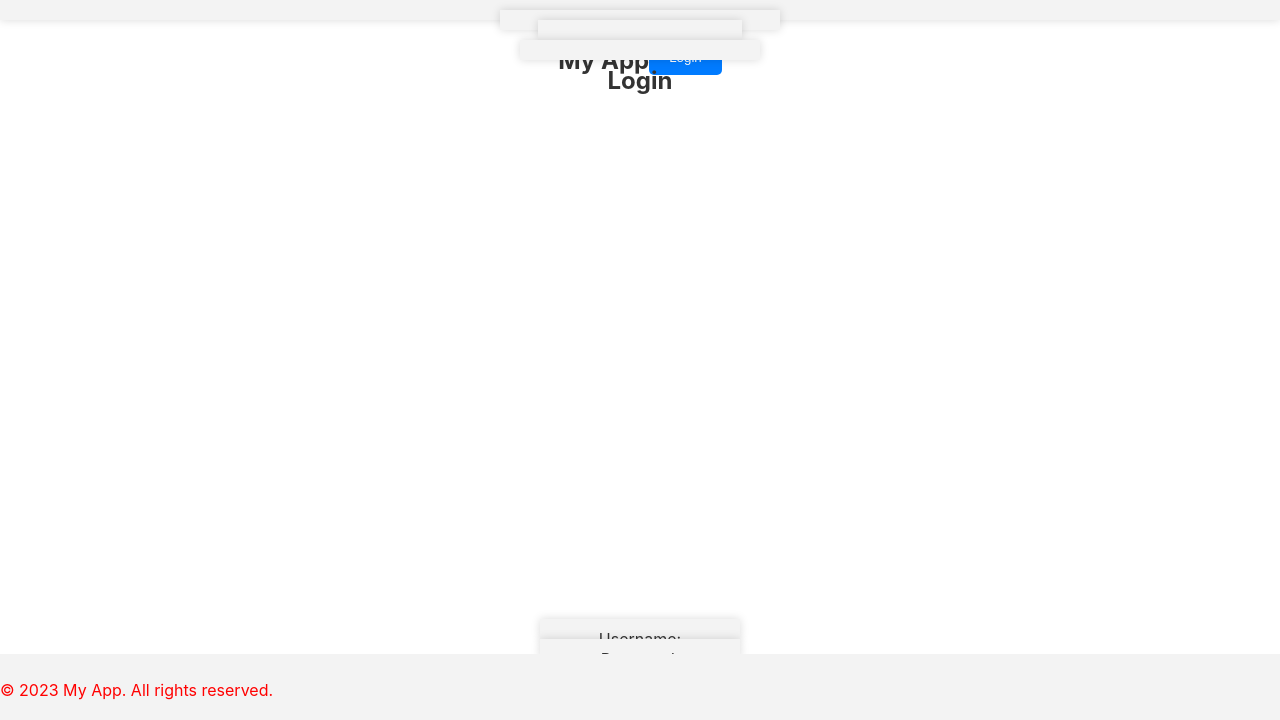
Repository: iMlearnDinG/react-app-v2
Page: /
The author's editor kept a copy of each file at every save. The page is drawn from the files as they stood at one save, then again after the next save.
The browser window is 1280 px wide. The pictures show the whole page.
The page's requests for data from a server got no answer. The project was rebuilt for these pictures with package versions that can differ from the ones it lists, and the page was loaded fresh each time. No one was signed in, and anything a server would have sent is missing. Also part of the build but not shown: src/components/Register.js, src/components/Lobby.js, src/components/Game.js, src/components/Menu.js.

Above is the page before, as saved 2023-07-19 02:00:26.

### src/index.js
import React from 'react';
import ReactDOM from 'react-dom/client';
import './index.css';
import App from './App';
import reportWebVitals from './reportWebVitals';

ReactDOM.createRoot(document.getElementById('root')).render(
  <React.StrictMode>
    <App />
  </React.StrictMode>,
);

// If you want to start measuring performance in your app, pass a function
// to log results (for example: reportWebVitals(console.log))
// or send to an analytics endpoint. Learn more: https://bit.ly/CRA-vitals
reportWebVitals();

### src/App.js
import React, { useContext, useEffect } from 'react';
import { BrowserRouter as Router, Routes, Route, useNavigate } from 'react-router-dom';
import { AuthProvider, AuthContext } from './config/AuthContext';
import Login from './components/Login';
import Register from './components/Register';
import Lobby from './components/Lobby';
import Game from './components/Game';
import Menu from './components/Menu';
import Navbar from './components/Navbar'
import SessionRenewal from './SessionRenewal';

function PrivateRoute({ children }) {
  const { user, loading } = useContext(AuthContext);
  const navigate = useNavigate();

  useEffect(() => {
    if (!loading && !user) {
      navigate('/login', { replace: true });
    }
  }, [loading, user, navigate]);

  if (loading) {
    return <div>Loading...</div>;
  }

  if (!user) {
    return null;
  }

  return children;
}

function App() {
  return (
    <Router>
      <div className="App">
        <AuthProvider>
          <Navbar />
          <Routes>
            <Route path="/" element={<Login />} />
            <Route path="/login" element={<Login />} />
            <Route path="/register" element={<Register />} />
            <Route path="/lobby" element={<PrivateRoute><Lobby /></PrivateRoute>} />
            <Route path="/game" element={<PrivateRoute><Game /></PrivateRoute>} />
            <Route path="/menu" element={<PrivateRoute><Menu /></PrivateRoute>} />
          </Routes>
        </AuthProvider>
      </div>
    </Router>
  );
}

export default SessionRenewal(App);

### src/config/AuthContext.js
import React, { createContext, useState, useEffect } from 'react';

export const AuthContext = createContext();

export function AuthProvider({ children }) {
  const [user, setUser] = useState(null);
  const [loading, setLoading] = useState(true);

  useEffect(() => {
    // Fetch the current user from the server and update state
    const fetchUser = async () => {
      const response = await fetch(`${process.env.REACT_APP_API_BASE_URL}/auth`, {
        credentials: 'include',
      });
      const data = await response.json();
      if (data.success) {
        setUser(data.data.user);
      }
      setLoading(false);
    };
    fetchUser();
  }, []);

  const value = { user, setUser, loading };

  return <AuthContext.Provider value={value}>{children}</AuthContext.Provider>;
}

### src/components/Login.js
import React, { useState, useContext } from 'react';
import { useNavigate } from 'react-router-dom';
import { AuthContext } from '../config/AuthContext';
import "../css/login.css"

function Login() {
  const navigate = useNavigate();
  const { setUser } = useContext(AuthContext);
  const [username, setUsername] = useState('');
  const [password, setPassword] = useState('');
  const [isSubmitting, setIsSubmitting] = useState(false);
  const [error, setError] = useState(null);

  const handleSubmit = async (e) => {
    e.preventDefault();
    setIsSubmitting(true);
    setError(null);

    const response = await fetch(`${process.env.REACT_APP_API_BASE_URL}/login`, {
      method: 'POST',
      headers: { 'Content-Type': 'application/json' },
      body: JSON.stringify({ username, password }),
      credentials: 'include',
    });

    const data = await response.json();
    setIsSubmitting(false);
    if (data.success) {
      setUser(data.data.user);
      navigate('/menu');
    } else {
      setError(data.error);
    }
  };


  const handleInputChange = async (e) => {
    const { name, value } = e.target;
    if (name === 'username') {
      setUsername(value);
    } else if (name === 'password') {
      setPassword(value);
    }
  };

  const isFormValid = username !== '' && password !== '';

  const handleRegisterClick = async () => {
    navigate('/register');
  };

  return (
    <div>
      <h1>Login</h1>
      {error && <p>{error}</p>}
      <form onSubmit={handleSubmit}>
        <div>
          <label htmlFor="username">Username:</label>
          <input
            type="text"
            id="username"
            name="username"
            value={username}
            onChange={handleInputChange}
          />
        </div>
        <div>
          <label htmlFor="password">Password:</label>
          <input
            type="password"
            id="password"
            name="password"
            value={password}
            onChange={handleInputChange}
          />
        </div>
        <button type="submit" disabled={!isFormValid || isSubmitting}>
          Login
        </button>
      </form>
      <button onClick={handleRegisterClick}>Register</button>
    </div>
  );
}

export default Login;

### src/components/Navbar.js
import React, { useContext } from 'react';
import { useNavigate } from 'react-router-dom';
import { AuthContext } from '../config/AuthContext.js';
import axios from 'axios';
import '../css/navbar.css'

const Navbar = () => {
  const navigate = useNavigate();
  const { user, setUser } = useContext(AuthContext);

  const handleLogout = async () => {
    try {
      const res = await axios.post(`${process.env.REACT_APP_API_BASE_URL}/logout`, {}, {
        withCredentials: true,
      });

      if (res.data.success) {
        setUser(null);
        navigate('/login');
      } else {
        console.error(res.data.error);
      }
    } catch (error) {
      console.error(error);
    }
  };

  return (
    <div>
      <header >
        <h1>My App</h1>
        {user && (
          <button onClick={handleLogout}>Logout</button>
        )}
        {!user && (
          <button onClick={() => navigate('/login')}>Login</button>
        )}
      </header>

      <footer>
        <p>© 2023 My App. All rights reserved.</p>
      </footer>
    </div>
  );
};

export default Navbar;

### src/SessionRenewal.js
import React, { useEffect, useRef } from 'react';

function SessionRenewal(WrappedComponent) {
  return function WrappedWithSessionRenewal(props) {
    const activityDetected = useRef(false);

    useEffect(() => {
      let timeoutId;

      const renewSession = () => {
        fetch('/api/renew-session', {
          method: 'POST',
          credentials: 'include', // Include cookies in the request
        })
        .then(res => res.json())
        .then((data) => {
          if (!data.success) {
            console.error('Session renewal failed:', data.error);
          }
        })
        .catch((error) => {
          console.error('Error:', error);
        });
      };

      const resetTimeout = () => {
        console.log('User activity detected');
        if (timeoutId) {
          clearTimeout(timeoutId);
        }
        timeoutId = setTimeout(renewSession, 1); // 5 minutes
      };

      const activityHandler = () => {
        activityDetected.current = true;
      };

      window.addEventListener('mousemove', activityHandler);
      window.addEventListener('keydown', activityHandler);
      window.addEventListener('click', activityHandler);
      window.addEventListener('input', activityHandler);

      const intervalId = setInterval(() => {
        if (activityDetected.current) {
          resetTimeout();
          activityDetected.current = false;
        }
      }, 225000);

      return () => {
        window.removeEventListener('mousemove', activityHandler);
        window.removeEventListener('keydown', activityHandler);
        window.removeEventListener('click', activityHandler);
        window.removeEventListener('input', activityHandler);
        clearTimeout(timeoutId);
        clearInterval(intervalId);
      };
    }, []);

    return <WrappedComponent {...props} />;
  };
}

export default SessionRenewal;

### src/css/login.css
div {
    display: flex;
    flex-direction: column;
    align-items: center;
    justify-content: center;
    height: 0vh;
    padding: 20px;
    background-color: #F3F3F3;
  }

  h1 {
    margin-bottom: 20px;
    color: #333;
    font-size: 28px;
  }

  p {
    color: red;
    margin-bottom: 10px;
  }

  form {
    display: flex;
    flex-direction: column;
    width: 200px;
    height: 40px;
    margin-top: 70vh;
  }

  div label {
    margin-bottom: 5px;
    color: #333;
  }

  div input {
    margin-bottom: 20px;
    padding: 10px;
    border: 1px solid #ccc;
    border-radius: 5px;
  }

  button {
    padding: 10px 20px;
    background-color: #007BFF;
    color: #FFF;
    border: none;
    border-radius: 5px;
    cursor: pointer;
    transition: background-color 0.3s ease;
    margin-bottom: 10px;
  }

  button:disabled {
    background-color: #ccc;
  }

  button:hover:not(:disabled) {
    background-color: #0056b3;
  }

### src/css/navbar.css
div {
    display: flex;
    justify-content: space-between;
    align-items: center;
    padding: 10px 20px;
    background-color: #F3F3F3;
    box-shadow: 0px 0px 10px 0px rgba(0,0,0,0.15);
  }

  header, footer {
    display: flex;
    justify-content: space-between;
    align-items: center;
    width: 100%;
  }

  header {
    margin-bottom: 30px;
  }

  h1 {
    color: #333;
    font-size: 24px;
  }

  button {
    padding: 10px 20px;
    background-color: #007BFF;
    color: #FFF;
    border: none;
    border-radius: 5px;
    cursor: pointer;
    transition: background-color 0.3s ease;
  }

  button:hover {
    background-color: #0056b3;
  }

  footer {
    position: fixed;
    bottom: 0;
    width: 100%;
    background-color: #F3F3F3;
    color: #666;
    text-align: center;
    padding: 10px 0;
  }

Loaded but not shown: public/index.html (common file); src/index.css (common file); src/reportWebVitals.js (common file)

After the next save:
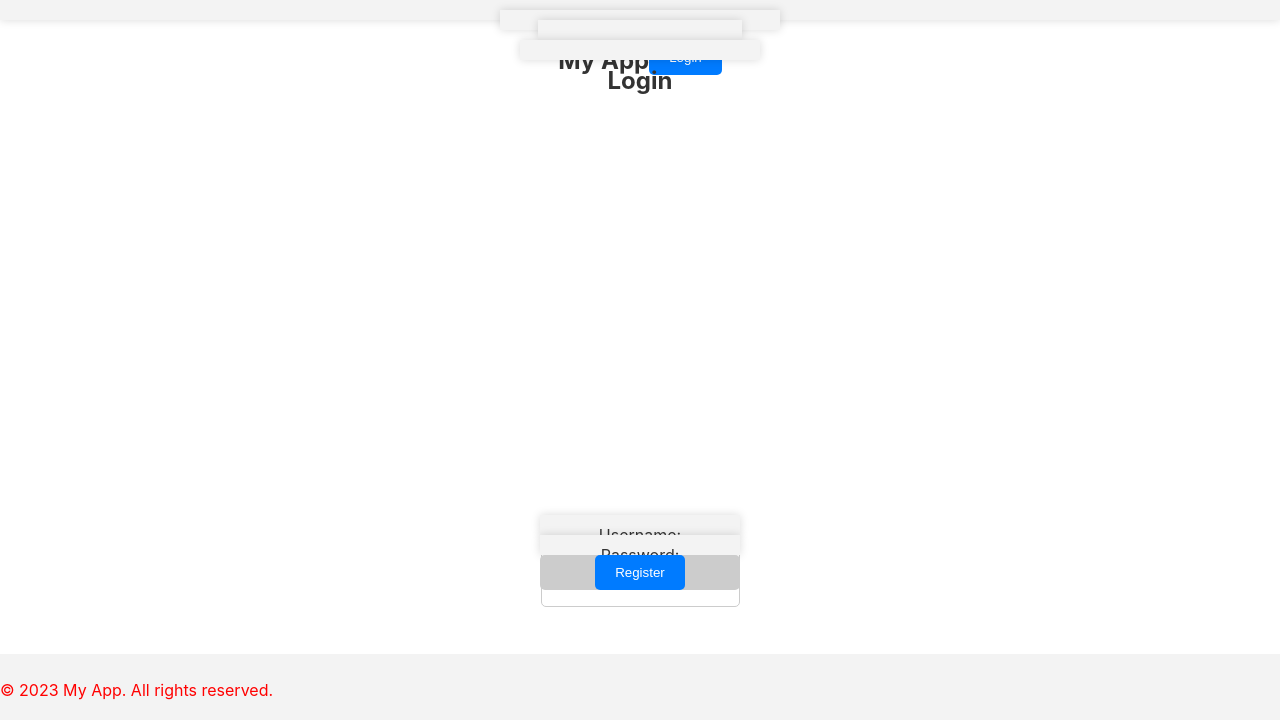
Saved 77 s later.
--- a/src/css/login.css
+++ b/src/css/login.css
@@ -24,7 +24,7 @@ div {
     flex-direction: column;
     width: 200px;
     height: 40px;
-    margin-top: 70vh;
+    margin-top: 25rem;
   }
 
   div label {
